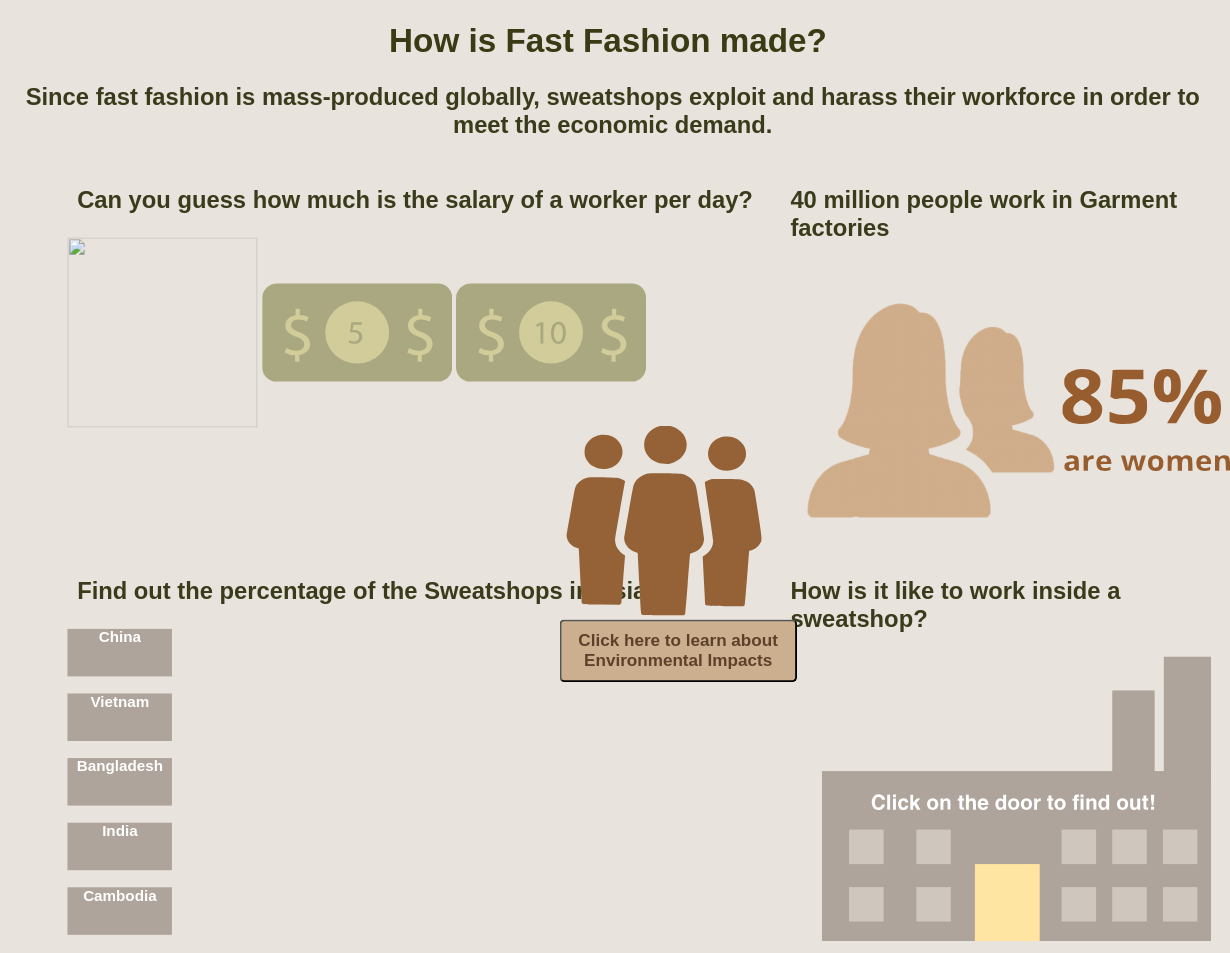
Repository: DevOfHockey/mdia-2190-midterm
Page: fashionlabor.html
These files come from the project's save history. The page is drawn as it stood at one moment and after the next save; the edit follows.
The browser window is 1280 px wide. The page is 1295 px wide, so the pictures cover 1295 px, including what lies to the right of the window. The pictures show the whole page, at 95% of full size.

Above is the page before, as saved 2022-03-08 16:06:22.

### fashionlabor.html
<!DOCTYPE html>
<html>
  <head>
    <title>Fashion Labor</title>
    <script src="comps/header.js"></script>
    <script src="comps/infobox.js"></script>
    <script src="comps/salarybox.js"></script>
    <script src="comps/sweatshopbox.js"></script>
    <script src="comps/womenbox.js"></script>
    <script src="comps/sweatshopgraph.js"></script>
    <link rel="stylesheet" href="fashionlabor.css">
  </head>
<!-- Header -->
  <body>
  <div class="main"></div>
    <div class="Headings">
      <the-header
        name="Sample Header">
      </the-header>
      <p class="subheading">Since fast fashion is mass-produced globally, sweatshops exploit and harass their workforce in order to meet the economic demand.</p>
    </div>

<!-- Images with Info-->
    <div id="info">
      <div class="salary">
        <p>Can you guess how much is the salary of a worker per day?</p>
        <the-salary></the-salary>
      </div>

      <div class="asia">
        <p><span>40 million people</span> work in Garment factories</p>
        <the-women></the-women>
      </div>

      <div class="environment">
        <img src="/imgs/human.svg" class="human" width="220" height="200">
        <button>Click here to learn about Environmental Impacts</button>
      </div>

      <div class="people">
        <p>Find out the percentage of the Sweatshops in Asia</p>
        <the-graph></the-graph>
      </div>

      <div class="sweatshops">
        <p>How is it like to work inside a sweatshop?</p>
        <the-sweatshop></the-sweatshop>
      </div>
    </div>
  </div>

  </body>
</html>

### comps/header.js
var template_header = document.createElement("template"); //<template> </template> RULE

//To-do - CREATE THE UI HERE!
template_header.innerHTML = `
<div class = "header">
<h1> How is Fast Fashion made? </h1>
</div>
<style>
h1 {
    color: #393b14;
    font-size: 35px;
}
</style>
`;

//MUST HAVE - CREATE A CLASS WITH HTMLELEMENT POWERS (interfaces/functionalities)
class TheHeader extends HTMLElement {

    //MUST HAVE - CREATE A CONSTRUCTOR TO DO INITAL ASSOCIATIONS
    constructor(){
        super(); //pass on the HTMLElement super powers!
        this.attachShadow({mode:"open"}) //Attach it to the shadowRoot

        //To-do - CREATE THE STATES FOR THE UI HERE!
    }

    //MUST HAVE - FUNCTION THAT RUNS AFTER IT'S CONNECTED
    connectedCallback(){
        this.shadowRoot.appendChild(template_header.content.cloneNode(true)); //use the template to make a clone
    }

    //To-do - CREATE THE FUNCTIONALITIES HERE!
}

//MUST HAVE - define the tag for the custom elements
customElements.define("the-header", TheHeader)

### comps/infobox.js
//MUST HAVE - CREATE A TEMPLATE TAG
var template_info = document.createElement("template"); //<template> </template> RULE

//To-do - CREATE THE UI HERE!
template_info.innerHTML = `
<div id = "info_cont">
<h3>Info Title<h3>
<img id='image' src='/imgs/sweatshopsgraph.svg' />
</div>

<style>
h3 {
    font-size: 25px;
    font-weight: bold;
    color: #393B1A;
    text-align: left;
    margin-left: 30px;
}

#image {
    width: 400px;
    height: 300px;
}
`;

//MUST HAVE - CREATE A CLASS WITH HTMLELEMENT POWERS (interfaces/functionalities)
class TheInfo extends HTMLElement {

    //MUST HAVE - CREATE A CONSTRUCTOR TO DO INITAL ASSOCIATIONS
    constructor(){
        super(); //pass on the HTMLElement super powers!
        this.attachShadow({mode:"open"}) //Attach it to the shadowRoot

        //To-do - CREATE THE STATES FOR THE UI HERE!
    }

    //MUST HAVE - FUNCTION THAT RUNS AFTER IT'S CONNECTED
    connectedCallback(){
        this.shadowRoot.appendChild(template_info.content.cloneNode(true)); //use the template to make a clone
        //console.log(this.getAttribute("name"))
        if(this.getAttribute("name")){
        this.shadowRoot.querySelector("#info_cont > h3").innerText = this.getAttribute("name");
        }
        if(this.getAttribute("img")){
        this.shadowRoot.querySelector("img").src = this.getAttribute("img");
        }
    }

    //To-do - CREATE THE FUNCTIONALITIES HERE!
}

//MUST HAVE - define the tag for the custom elements
customElements.define("the-info", TheInfo)

### comps/salarybox.js
//MUST HAVE - CREATE A TEMPLATE TAG
var template_salary = document.createElement("template"); //<template> </template> RULE

//To-do - CREATE THE UI HERE!
template_salary.innerHTML = `
<style>
img {
    width: 200px;
    height: 200px;
}
</style>

<div id="maincont">
    <div id="salarybox">
        <img class="twodollar" src="/imgs/2dollar.svg" onclick="myFunction()">
        <img class="fivedollar" src="/imgs/5dollar.svg">
        <img class="tendollar" src="/imgs/10dollar.svg">
    </div>
</div>
`;

//MUST HAVE - CREATE A CLASS WITH HTMLELEMENT POWERS (interfaces/functionalities)
class TheSalary extends HTMLElement {

    //MUST HAVE - CREATE A CONSTRUCTOR TO DO INITAL ASSOCIATIONS
    constructor(){
        super(); //pass on the HTMLElement super powers!
        this.attachShadow({mode:"open"}) //Attach it to the shadowRoot

        //To-do - CREATE THE STATES FOR THE UI HERE!
    }

    //MUST HAVE - FUNCTION THAT RUNS AFTER IT'S CONNECTED
    connectedCallback(){
        this.shadowRoot.appendChild(template_salary.content.cloneNode(true)); //use the template to make a clone
        this.shadowRoot.querySelector('#salarybox > img:nth-child(1)').onclick = () => this.showAnswerone();
        this.shadowRoot.querySelector('#salarybox > img:nth-child(2)').onclick = () => this.showAnswertwo();
        this.shadowRoot.querySelector('#salarybox > img:nth-child(3)').onclick = () => this.showAnswerthree();
    }

    //To-do - CREATE THE FUNCTIONALITIES HERE!
    showAnswerone(){
        this.shadowRoot.querySelector('#salarybox > img:nth-child(1)').src= '/imgs/correctanswer.svg';
    }
    showAnswertwo(){
        this.shadowRoot.querySelector('#salarybox > img:nth-child(2)').src= '/imgs/wronganswer.svg';
    }
    showAnswerthree(){
        this.shadowRoot.querySelector('#salarybox > img:nth-child(3)').src= '/imgs/wronganswer.svg';
    }
}

//MUST HAVE - define the tag for the custom elements
customElements.define("the-salary", TheSalary)

### comps/sweatshopbox.js
//1- CREATE A TEMPLATE TAG
var template_sweatshop = document.createElement("template"); //<template> </template> RULE

//2- CREATE UI HERE (optional)!
template_sweatshop.innerHTML = `
<style>
.factory {
    width: 450px;
    height: 300px;
    margin-left: 5%;
}

</style>

<div id="sweatshopimg">
    <img class="factory" src="/imgs/sweatshop.svg">
</div>
`;

//3- CREATE A CLASS WITH HTMLELEMENT POWERS (interfaces/functionalities)
class TheSweatshop extends HTMLElement {

    //4- CREATE A CONSTRUCTOR TO DO INITAL ASSOCIATIONS
    constructor(){
        super(); //pass on the HTMLElement super powers!
        this.attachShadow({mode:"open"}) //Attach it to the shadowRoot

        //5- CREATE THE STATES FOR THE UI HERE!
    }

    //6- FUNCTION THAT RUNS AFTER IT'S CONNECTED
    connectedCallback(){
        this.shadowRoot.appendChild(template_sweatshop.content.cloneNode(true)); //use the template to make a clone
        this.shadowRoot.querySelector('#sweatshopimg > img').onclick = () => this.showAnswer();
    }

    //7- CREATE THE FUNCTIONALITIES HERE!
    showAnswer(){
        this.shadowRoot.querySelector('#sweatshopimg > img').src= '/imgs/sweatshopanswer.svg';
    }
}

//8- define the tag for the custom elements
customElements.define("the-sweatshop", TheSweatshop)

### comps/womenbox.js
//1- CREATE A TEMPLATE TAG
var template_women = document.createElement("template"); //<template> </template> RULE

//2- CREATE UI HERE (optional)!
template_women.innerHTML = `
<style>
.women {
    width: 450px;
    height: 300px;
    margin-left: 5%;
}
</style>

<div id="womenpercent">
    <img class="women" src="/imgs/women.svg">
</div>
`;

//3- CREATE A CLASS WITH HTMLELEMENT POWERS (interfaces/functionalities)
class TheWomen extends HTMLElement {

    //4- CREATE A CONSTRUCTOR TO DO INITAL ASSOCIATIONS
    constructor(){
        super(); //pass on the HTMLElement super powers!
        this.attachShadow({mode:"open"}) //Attach it to the shadowRoot

        //5- CREATE THE STATES FOR THE UI HERE!
    }

    //6- FUNCTION THAT RUNS AFTER IT'S CONNECTED
    connectedCallback(){
        this.shadowRoot.appendChild(template_women.content.cloneNode(true)); //use the template to make a clone
        this.shadowRoot.querySelector('#womenpercent > img').onclick = () => this.showAnswer();
    }

    //7- CREATE THE FUNCTIONALITIES HERE!
    showAnswer(){
        this.shadowRoot.querySelector('#womenpercent > img').src= '/imgs/womenfact.svg';
    }
}

//8- define the tag for the custom elements
customElements.define("the-women", TheWomen)

### comps/sweatshopgraph.js
//1- CREATE A TEMPLATE TAG
var template_graph = document.createElement("template"); //<template> </template> RULE

//2- CREATE UI HERE (optional)!
template_graph.innerHTML = `
<style>
div {
    width: 110px;
    height: 50px;
    background: #AEA49B;
    font-family: Sans-serif;
    font-weight: bold;
    color: white;
    text-align: center;
}
</style>

<div id="countries">
    <div class="China">China</div><br>
    <div class="Vietnam">Vietnam</div><br>
    <div class="Bangladesh">Bangladesh</div><br>
    <div class="India">India</div><br>
    <div class="Cambodia">Cambodia</div><br>
</div>

`;

//3- CREATE A CLASS WITH HTMLELEMENT POWERS (interfaces/functionalities)
class TheGraph extends HTMLElement {

    //4- CREATE A CONSTRUCTOR TO DO INITAL ASSOCIATIONS
    constructor(){
        super(); //pass on the HTMLElement super powers!
        this.attachShadow({mode:"open"}) //Attach it to the shadowRoot

        //5- CREATE THE STATES FOR THE UI HERE!
    }

    //6- FUNCTION THAT RUNS AFTER IT'S CONNECTED
    connectedCallback(){
        this.shadowRoot.appendChild(template_graph.content.cloneNode(true)); //use the template to make a clone
        this.shadowRoot.querySelector('.China').onclick = () => this.showChinagraph();
        this.shadowRoot.querySelector('.Vietnam').onclick = () => this.showVietnamgraph();
        this.shadowRoot.querySelector('.Bangladesh').onclick = () => this.showBangladeshgraph();
        this.shadowRoot.querySelector('.India').onclick = () => this.showIndiagraph();
        this.shadowRoot.querySelector('.Cambodia').onclick = () => this.showCambodiagraph();
    }

    //7- CREATE THE FUNCTIONALITIES HERE!
    showChinagraph(){
        this.shadowRoot.querySelector('.China').style.cssText= `
            transition: width 1s;
            transition-timing-function: linear;
            width: 400px;
            background: #74724E;
            font-size: 25px;
        `;
        this.shadowRoot.querySelector('.China').innerHTML= `
            China 42%
        `;
    }
    showVietnamgraph(){
        this.shadowRoot.querySelector('.Vietnam').style.cssText= `
            transition: width 1s;
            transition-timing-function: linear;
            width: 350px;
            background: #957F32;
            font-size: 25px;
        `;
        this.shadowRoot.querySelector('.Vietnam').innerHTML= `
            Vietnam 12%
        `;
    }
    showBangladeshgraph(){
        this.shadowRoot.querySelector('.Bangladesh').style.cssText= `
            transition: width 1s;
            transition-timing-function: linear;
            width: 300px;
            background: #C1BD69;
            font-size: 25px;
        `;
        this.shadowRoot.querySelector('.Bangladesh').innerHTML= `
            Bangladesh 7%
        `;
    }
    showIndiagraph(){
        this.shadowRoot.querySelector('.India').style.cssText= `
            transition: width 1s;
            transition-timing-function: linear;
            width: 250px;
            background: #B4B17E;
            font-size: 25px;
        `;
        this.shadowRoot.querySelector('.India').innerHTML= `
            India 5%
        `;
    }
    showCambodiagraph(){
        this.shadowRoot.querySelector('.Cambodia').style.cssText= `
            transition: width 1s;
            transition-timing-function: linear;
            width: 200px;
            background: #D0CD99;
            font-size: 25px;
        `;
        this.shadowRoot.querySelector('.Cambodia').innerHTML= `
            Cambodia 4%
        `;
    }

}

//8- define the tag for the custom elements
customElements.define("the-graph", TheGraph)

### fashionlabor.css
body {
    background-color: #e8e3dc;
    font-family: Arial, Helvetica, sans-serif;
}
.Headings {
    text-align: center;
    font-family: Arial, Helvetica, sans-serif;
}
.subheading {
    text-align: center;
    font-family: Arial, Helvetica, sans-serif;
}
#info {
    display: grid;
    grid-template-columns: 2fr 1fr;
    margin-left: 5%;
}
button {
    display:flex;
    align-self: center;
    background-color: #CBAF8F;
    color: #5E412B;
    text-align: center;
    padding: 10px;
    text-decoration: none;
    font-family: Arial, Helvetica, sans-serif;
    font-size: 18px;
    font-weight: bold;
    border-radius: 5px;
    width: 250px;
}
.environment {
    align-self: center;
    position: absolute;
    left: 46%;
}
p {
    font-size: 25px;
    font-weight: bold;
    color: #393B1A;
    text-align: left;
    margin-left: 10px;
}

### imgs/2dollar.svg
<svg id="Layer_2" data-name="Layer 2" xmlns="http://www.w3.org/2001/svg" viewBox="0 0 141.25 78.75"><defs><style>.cls-1,.cls-4{fill:#aaa880;}.cls-2,.cls-3{fill:#d0cd99;}.cls-3{font-size:48px;}.cls-3,.cls-4{font-family:OpenSans, Open Sans;}.cls-4{font-size:25.95px;}</style></defs><rect class="cls-1" width="141.25" height="78.75" rx="7.38"/><ellipse class="cls-2" cx="71.86" cy="40.05" rx="24.28" ry="23.6"/><text class="cls-3" transform="translate(12.5 57.56)">$</text><text class="cls-3" transform="translate(102.29 58.12)">$</text><text class="cls-4" transform="translate(63.89 49.4) scale(1.1 1)">2</text></svg>

After the next save:
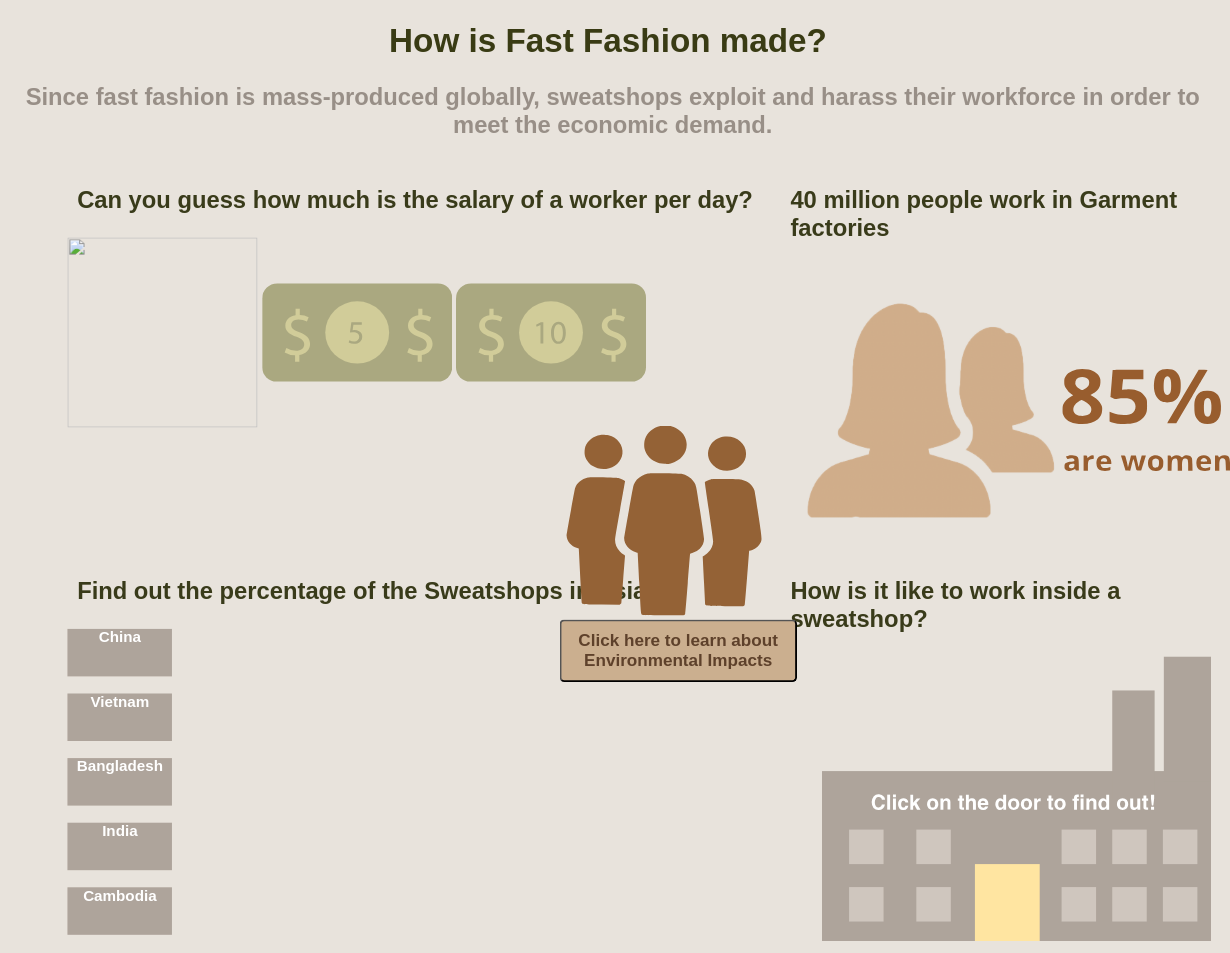
Saved 96 s later.
--- a/fashionlabor.css
+++ b/fashionlabor.css
@@ -6,9 +6,10 @@ body {
     text-align: center;
     font-family: Arial, Helvetica, sans-serif;
 }
-.subheading {
+p.subheading {
     text-align: center;
     font-family: Arial, Helvetica, sans-serif;
+    color: #988F87;
 }
 #info {
     display: grid;
